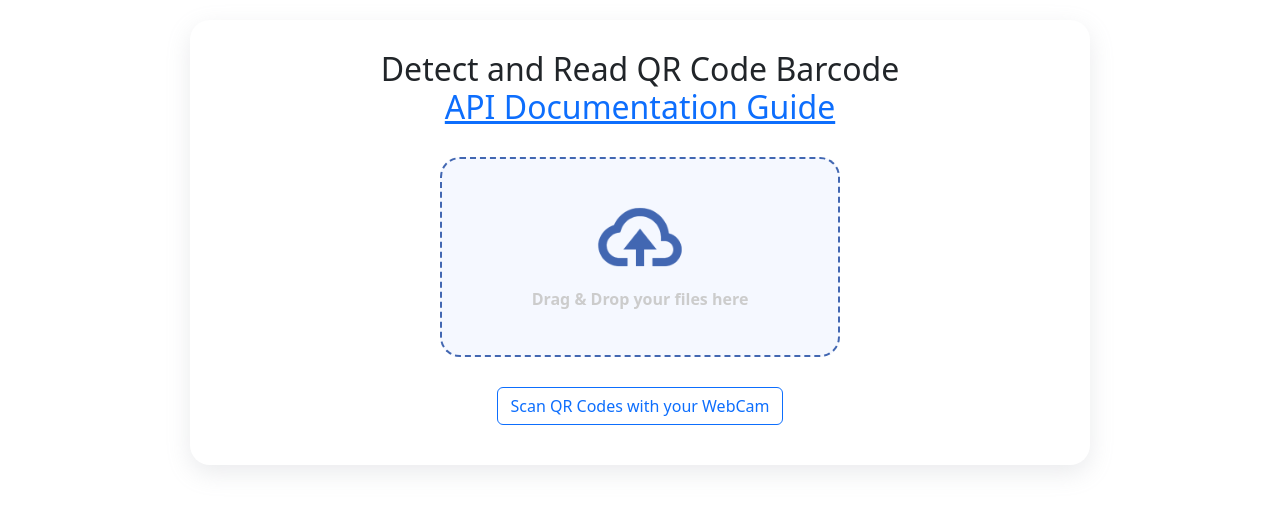
Repository: ntheanh/Detect_Read_QR_code
Page: / (app in reactjs-qr/)
These files come from the project's save history. The page is drawn as it stood at one moment and after the next save; the edit follows.
The browser window is 1280 px wide. The pictures show the whole page.
The project was rebuilt for these pictures with package versions that can differ from the ones it lists, and the page was loaded fresh each time.

Above is the page before, as saved 2023-06-12 23:17:20.

After the next save:
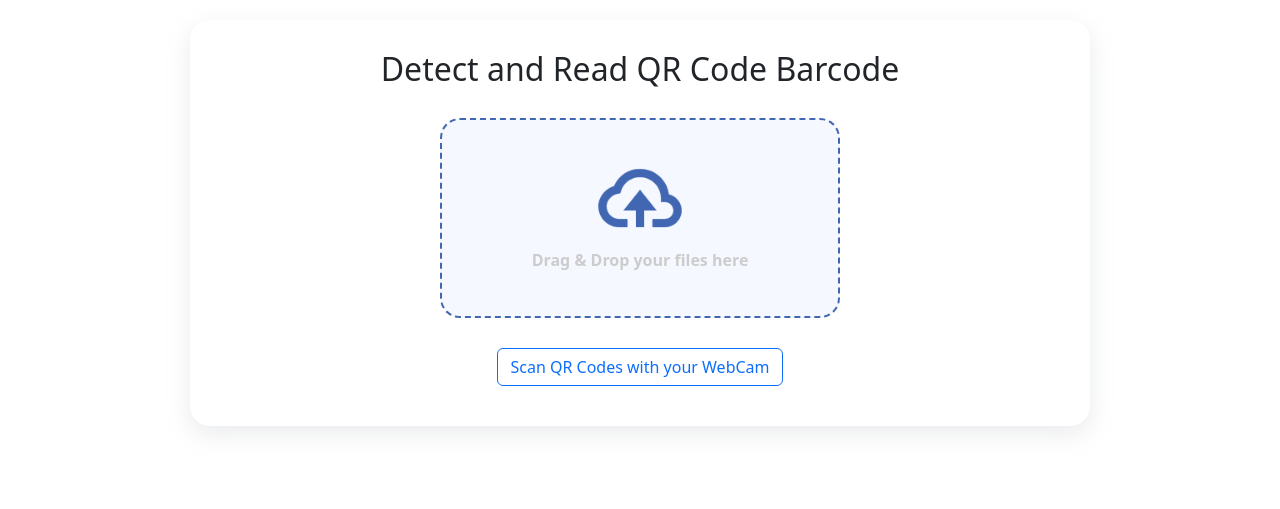
Saved 24 s later.
--- a/reactjs-qr/src/App.js
+++ b/reactjs-qr/src/App.js
@@ -147,14 +147,7 @@ function App() {
   return (
     <Container>
       <div className="box">
-        <h2 className="header">
-          Detect and Read QR Code Barcode
-          <p>
-            <a href="http://localhost:8000/" target="_blank" rel="noreferrer">
-              API Documentation Guide
-            </a>
-          </p>
-        </h2>
+        <h2 className="header">Detect and Read QR Code Barcode</h2>
         <DropFileInput onFileChange={(files) => onFileChange(files)} />
         <div className="camera">
           <Button variant="outline-primary" onClick={() => setModalShow(true)}>
